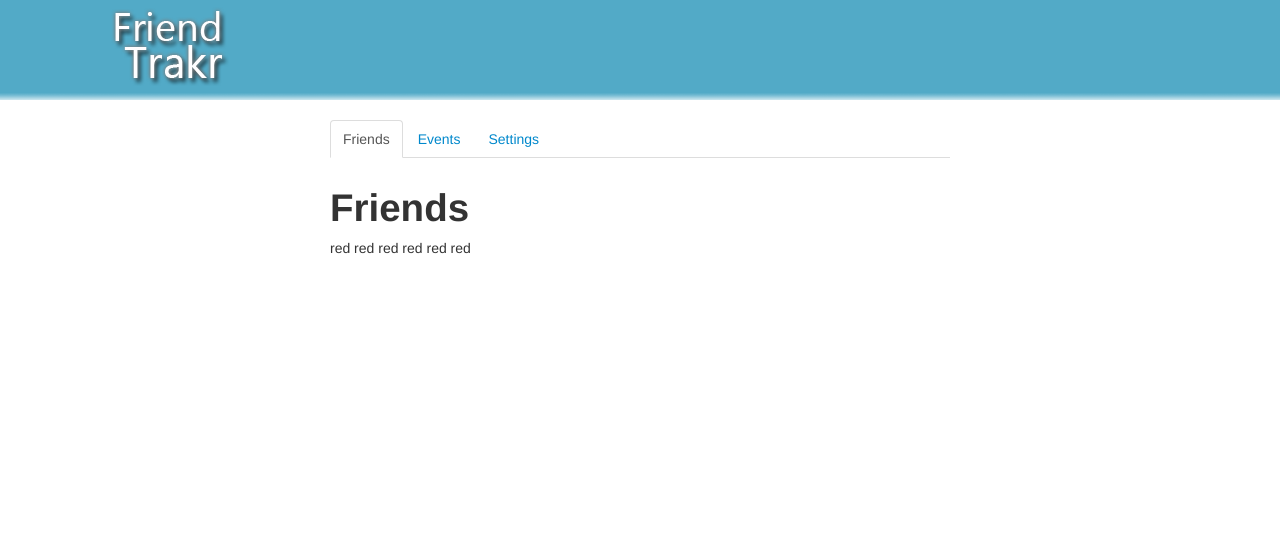
Repository: inventowiz/FriendTrack
Page: FriendshipTracker/main.html
The author's editor kept a copy of each file at every save. The page is drawn from the files as they stood at one save, then again after the next save.
The browser window is 1280 px wide. The pictures show the whole page.
Some web libraries are served in a nearby version.

Above is the page before, as saved 2013-09-21 16:32:00.

After the next save:
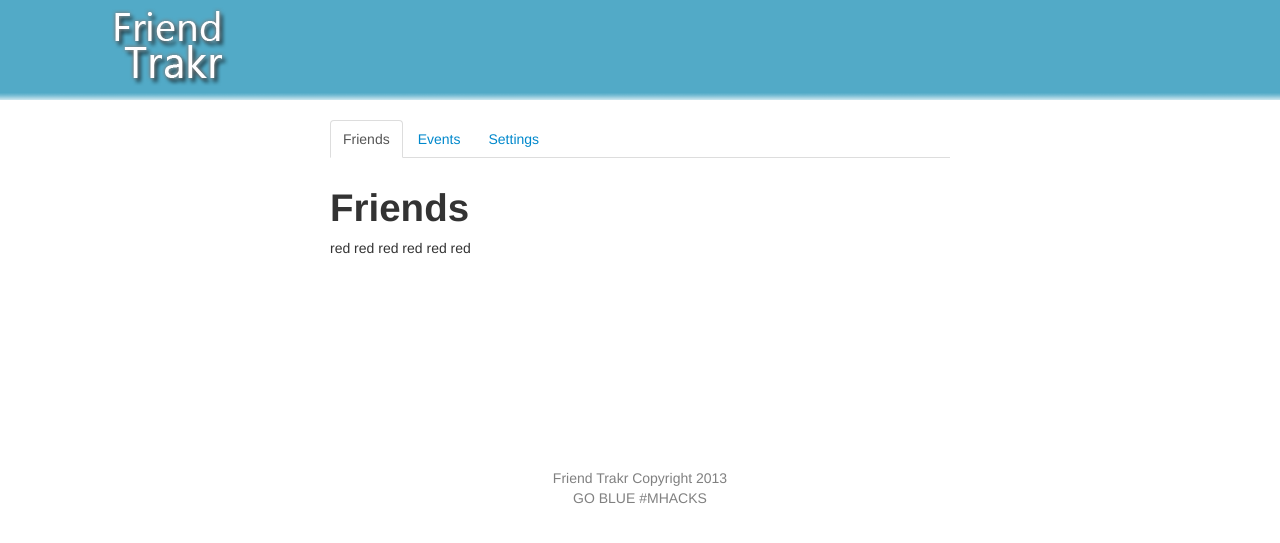
Saved 59 s later.
--- a/FriendshipTracker/main.html
+++ b/FriendshipTracker/main.html
@@ -47,6 +47,13 @@
     </div>
     </div>
 </div>
+		<div class="container">
+			<div class="row-fluid">
+				<div id="footerTextDiv" class="span8 offset2">
+					Friend Trakr Copyright 2013</br> GO BLUE #MHACKS
+				</div>
+			</div>
+		</div>
 
 
 <script type="text/javascript">
